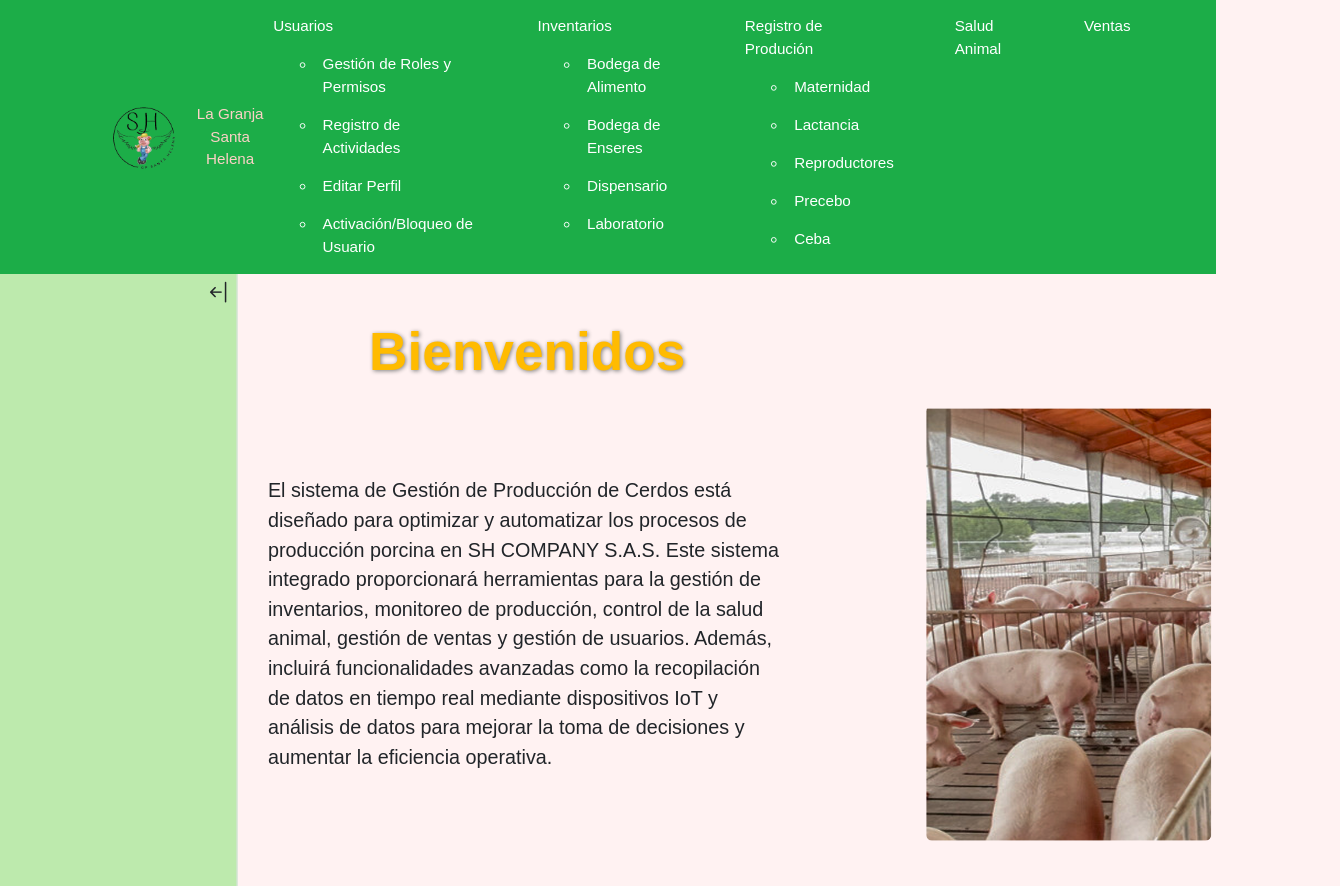
Repository: Mateojimenezz/Granja-Santa-Helena
Page: paginaDeInicio.html
The author's editor kept a copy of each file at every save. The page is drawn from the files as they stood at one save, then again after the next save.
The browser window is 1280 px wide. The page is 1410 px wide, so the pictures cover 1410 px, including what lies to the right of the window. The pictures show the whole page, at 95% of full size.
After loading, the first visible `a.nav-link` was clicked once.
Some web fonts or font styles are not loaded; a fallback is used.

Above is the page before, as saved 2025-03-31 16:49:35.

### paginaDeInicio.html
<!DOCTYPE html>
<html lang="es">
<head>
    <meta charset="UTF-8">
    <meta name="viewport" content="width=device-width, initial-scale=1.0">
    <title>La Granja</title>
    <link href="https://cdn.jsdelivr.net/npm/bootstrap@5.3.3/dist/css/bootstrap.min.css" rel="stylesheet" integrity="sha384-QWTKZyjpPEjISv5WaRU9OFeRpok6YctnYmDr5pNlyT2bRjXh0JMhjY6hW+ALEwIH" crossorigin="anonymous">

    <link rel="stylesheet" href="./assets/css/index.css">
    <link rel="stylesheet" href="./assets/css/paginaDeInicio.css">
    <link rel="stylesheet" href="https://cdn.jsdelivr.net/npm/bootstrap-icons@1.11.3/font/bootstrap-icons.min.css">
    <link href="https://fonts.googleapis.com/css2?family=Calistoga&display=swap" rel="stylesheet">

  </head>
<body>
  <header class="header sticky-top d-flex  align-items-center ">
    <div class="container d-flex  align-items-center justify-content-between ">
      <div class="logo">
        <img  src="./assets/img/logo.png" width="90" alt="Logo">
        <span>La Granja <br> Santa Helena</span>
      </div>
      <nav class="navbar navbar-expand-lg ">
        <button class="navbar-toggler toggler-focus text-white" type="button" data-bs-toggle="collapse" data-bs-target="#menu" aria-controls="menu" aria-expanded="false" aria-label="Toggle navigation">
          <span class="navbar-toggler-icon"></span>
        </button>
        <div class="collapse navbar-collapse" id="menu">
          <ul class="navbar-nav ms-auto    gap-md-3 gap-lg-5">
            <li class="nav-item"><a class="nav-link" href="#" >Usuarios</a>
              <ul class="submenu">
                <li><a class="nav-link" href="#">Gestión de Roles y Permisos</a></li>
                <li><a class="nav-link" href="#">Registro de Actividades</a></li>
                <li><a class="nav-link" href="#">Editar Perfil</a></li>
                <li><a class="nav-link" href="#">Activación/Bloqueo de Usuario</a></li>
              </ul>
            </li>
            <li class="nav-item"><a class="nav-link" href="#">Inventarios</a>
              <ul class="submenu">
                <li><a class="nav-link" href="#">Bodega de Alimento</a></li>
                <li><a class="nav-link" href="#">Bodega de Enseres</a></li>
                <li><a class="nav-link" href="#">Dispensario</a></li>
                <li><a class="nav-link" href="#">Laboratorio</a></li>
              </ul>
            </li>
            <li class="nav-item"><a class="nav-link" href="#">Registro de Produción</a>
              <ul class="submenu">
                <li><a class="nav-link" href="#">Maternidad</a></li>
                <li><a class="nav-link" href="#">Lactancia</a></li>
                <li><a class="nav-link" href="#">Reproductores</a></li>
                <li><a class="nav-link" href="#">Precebo</a></li>
                <li><a class="nav-link" href="#">Ceba</a></li>
              </ul>

            </li>
            <li class="nav-item"><a class="nav-link" href="#">Salud Animal</a></li>
            <li class="nav-item"><a class="nav-link" href="#">Ventas</a></li>
          </ul>
        </div>
        </div>
      </nav>
    </div>
  </header>
  <button id="toggleMenu" class="d-none d-sm-none d-md-block  btn  position-fixed  btn-MenuLateralAbrir ">
    <span><i class="bi bi-arrow-bar-right"></i></span>
  </button>
  <!-- Menú lateral -->
  <div id="sidebar" class=" border-end vh-100 position-fixed start-0 p-3  ">
    <button id="closeMenu" class="btn  mb-1 btn-MenuLateralCerrar">
      <span><i class="bi bi-arrow-bar-left"></i></span>
    </button>
    <ul id="sisidebarMenu"  class="nav flex-column" >

    </ul>
  </div>
  <main class="container">
    <!-- Sección 1 -->
    <section class="row seccion-1">
      <article class="col-12 col-lg-6 d-flex justify-content-center align-items-center mt-5 mb-2">
        <h1 >Bienvenidos</h1>
      </article>
    </section>
    <!-- Sección 2 -->
    <section class="row seccion-2 -gap-10 mt-2">
      <article class="d-flex flex-column align-items-center justify-content-center col-12 col-lg-6 ">
        <p class="text-justify mb-5">
          El sistema de Gestión de Producción de Cerdos está diseñado para optimizar y automatizar
          los procesos de producción porcina en SH COMPANY S.A.S. Este sistema integrado proporcionará herramientas
          para la gestión de inventarios, monitoreo de producción, control de la salud animal, gestión de ventas y gestión de usuarios.
          Además, incluirá funcionalidades avanzadas como la recopilación de datos en tiempo real mediante dispositivos IoT y análisis de datos
          para mejorar la toma de decisiones y aumentar la eficiencia operativa.
        </p>
      </article>
      <!-- Imagen -->
      <article class="col-12 col-lg-6 d-flex justify-content-center align-items-center mb-5 ">
        <img
          src="assets/img/Upload-5a8315b810a15-13022018 1.png"  width="300" height="200"
          class="img-fluid rounded "
          alt="Fotografía de la granja"
        />
      </article>
    </section>
  </main>










  <!-- bootstrap JS -->
  <script src="https://cdn.jsdelivr.net/npm/bootstrap@5.3.3/dist/js/bootstrap.bundle.min.js" integrity="sha384-YvpcrYf0tY3lHB60NNkmXc5s9fDVZLESaAA55NDzOxhy9GkcIdslK1eN7N6jIeHz" crossorigin="anonymous"></script>
  <script src="./assets/js/menu.js"></script>
  <script src="./assets/js/menuLateral.js"></script>
  <script src="./assets/js/submenu.js"></script>
  <script src="./assets/js/submenulateral.js"></script>

</body>

</html>

### assets/css/paginaDeInicio.css
#sidebar {
  display: none;
  transition: all 0.3s ease; /* Animación opcional */
  background-color: var(--color-menu-lateral);
  width: 250px;
}

#sidebar.open {
  display: block;
}
.btn-MenuLateralAbrir{
  margin-top: -5px;
  margin-left: -10px;
  font-size: 30px;
  font-weight: 700;
  border:none;

}

.btn-MenuLateralCerrar{
  margin-top: -20px;
  margin-left: 190px;
  font-size: 25px;
  border:none;
}
.seccion-1 h1{
    font-family: var(--font-principal);
    color:  #FFBB00;
    font-size: 3.5em;
    font-weight: bold;
    text-shadow: gray 1px 2px 5px;

}
.seccion-2{
  font-size: 1.3em;
  font-family: Arial;
}
/* Submenú dentro del menú lateral */
#sisidebarMenu .submenu {
  margin-left: -10px; /* Ajustar margen */
  list-style: none; /* Eliminar viñetas */
}

/* Ocultar los submenús en el encabezado */
.nav-item .submenu {
  display: none;
}

.nav-item.active .submenu {
  display: block; /* Mostrar submenús al hacer clic en pantallas pequeñas */
}

/* Animación para mostrar el menú lateral */
#sidebar {
  transition: all 0.3s ease;
}

#sidebar.open {
  display: block;
}


@media (max-width: 991px) { /* Para pantallas menores a md */
  #sidebar {
    display: none !important; /* Oculta el menú lateral */
  }
  #toggleMenu, #closeMenu {
    display: none !important; /* Oculta los botones asociados */
  }
}
 .submenu {
    display: block; /* Submenús siempre visibles */
  }

  .submenu {
    margin-left: 20px; /* Ajustar posición dentro del menú lateral */
  }
  .nav-item.active .submenu {
    display: block;
  }

### assets/js/submenuLateral.js
document.addEventListener("DOMContentLoaded", function () {
    const menuItems = document.querySelectorAll(".nav-item"); // Ítems principales del menú superior
    const sidebarMenu = document.getElementById("sisidebarMenu"); // Contenedor del menú lateral
    const toggleMenu = document.getElementById("toggleMenu"); // Botón para abrir el menú lateral
    const sidebar = document.getElementById("sidebar"); // Menú lateral completo
    const closeMenu = document.getElementById("closeMenu"); // Botón para cerrar el menú lateral

    function isLargeScreen() {
      return window.innerWidth >= 768; // Define pantallas grandes
    }

    // Función para ocultar todos los submenús del menú lateral
    function clearSidebarMenu() {
      sidebarMenu.innerHTML = ""; // Vacía el contenido del menú lateral
    }

    // Función para mostrar todos los ítems y submenús completos en el menú lateral
    function showAllMenuItems() {
      clearSidebarMenu();

      menuItems.forEach(item => {
        const submenu = item.querySelector(".submenu");
        const link = item.querySelector(".nav-link");

        const sidebarItem = document.createElement("li");
        sidebarItem.classList.add("nav-item");

        // Clonar el enlace principal
        const clonedLink = link.cloneNode(true);
        sidebarItem.appendChild(clonedLink);

        // Clonar el submenú y añadirlo al ítem
        if (submenu) {
          const clonedSubmenu = submenu.cloneNode(true);
          clonedSubmenu.style.display = "block"; // Mostrar submenús completos
          sidebarItem.appendChild(clonedSubmenu);
        }

        sidebarMenu.appendChild(sidebarItem); // Añadir ítem completo al menú lateral
      });
    }

    // Función para mostrar solo el submenú seleccionado
    function showSingleSubmenu(item) {
      clearSidebarMenu();

      const link = item.querySelector(".nav-link");
      const submenu = item.querySelector(".submenu");

      if (submenu) {
        const sidebarItem = document.createElement("li");
        sidebarItem.classList.add("nav-item");

        // Clonar el enlace principal
        const clonedLink = link.cloneNode(true);
        sidebarItem.appendChild(clonedLink);

        // Clonar el submenú y añadirlo al ítem
        const clonedSubmenu = submenu.cloneNode(true);
        clonedSubmenu.style.display = "block"; // Mostrar el submenú específico
        sidebarItem.appendChild(clonedSubmenu);

        sidebarMenu.appendChild(sidebarItem); // Añadir el ítem específico al menú lateral
      }
    }

    // Configuración inicial: mostrar todos los ítems en pantallas grandes
    if (isLargeScreen()) {
      showAllMenuItems();
    }

    // Función para manejar clics en los ítems del header
    menuItems.forEach(item => {
      const link = item.querySelector(".nav-link");
      link.addEventListener("click", function (e) {
        e.preventDefault(); // Evitar comportamiento predeterminado

        if (isLargeScreen()) {
          const isSubmenuVisible = sidebarMenu.innerHTML.includes(link.textContent);

          if (isSubmenuVisible) {
            clearSidebarMenu(); // Si el submenú está visible, limpiar el menú lateral
          } else {
            showSingleSubmenu(item); // Mostrar solo el submenú del ítem seleccionado
          }
        }
      });
    });

    // Función para manejar el botón de abrir el menú lateral
    toggleMenu.addEventListener("click", function () {
      sidebar.style.display = "block";
      showAllMenuItems(); // Mostrar todos los ítems y submenús completos
    });

    // Función para manejar el botón de cerrar el menú lateral
    closeMenu.addEventListener("click", function () {
      sidebar.style.display = "none"; // Ocultar el menú lateral
    });

    // Ajustar dinámicamente al redimensionar la pantalla
    window.addEventListener("resize", function () {
      if (isLargeScreen()) {
        showAllMenuItems(); // Mostrar todos los ítems completos en pantallas grandes
      } else {
        clearSidebarMenu(); // Limpiar el menú lateral en pantallas pequeñas
      }
    });
  });

### assets/css/variables.css
/* variables.css */
:root {
    --color-principal: #1CAD48 ;
    --color-Botones: rgba(255, 187, 0, 0.47);
    --color-texto: white;
    --color-fondo: #f5f5f5;
    --font-principal: 'calistoga','arial';
    --color-fondoDiv: #F8E91C;
    --color-FondoDiv2:#FFF2F2;
    --color-Footter: #D9D9D9;
    --letra-gris: #B0B0B7;
    --color-menu-lateral:#BDEAAD;
  }

Loaded but not shown: assets/js/menuLateral.js (53 lines, source omitted); assets/js/submenu.js (39 lines, source omitted); assets/js/menu.js (22 lines, source omitted); assets/css/index.css (149 lines, source omitted)

After the next save:
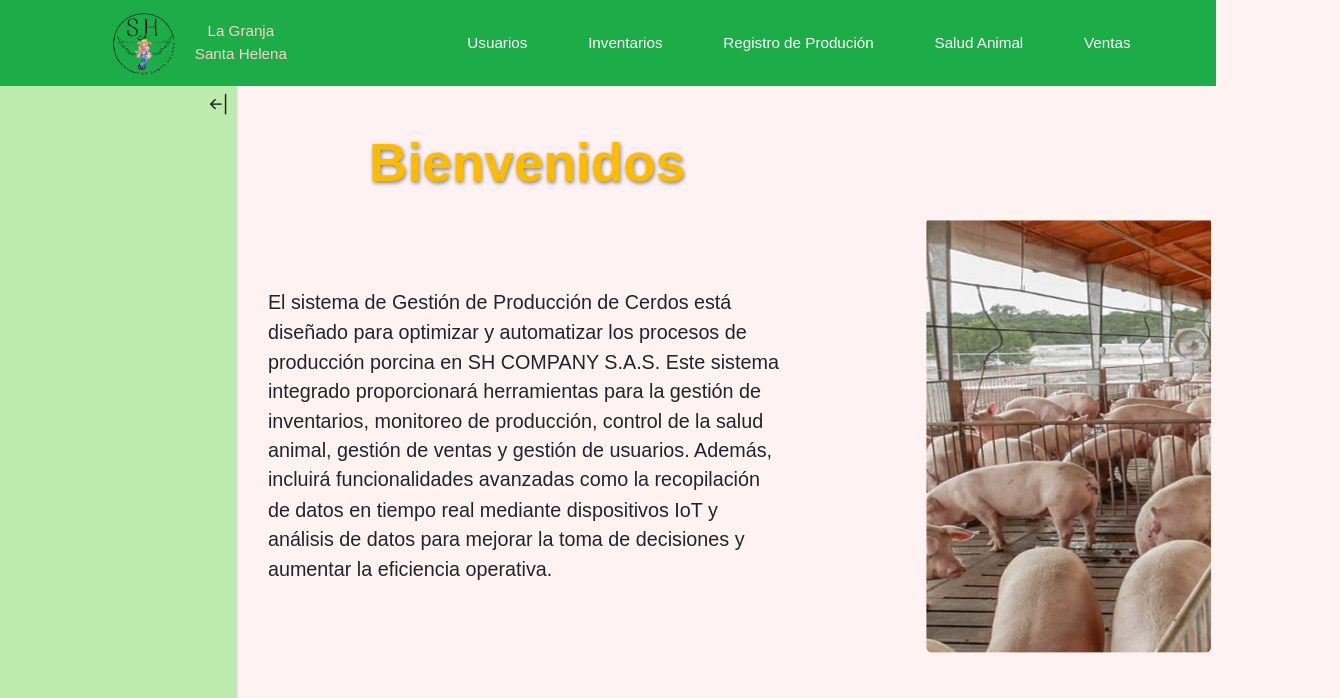
Console error: ReferenceError: clearSidebarMenu is not defined
Saved 3 min 8 s later.
--- a/assets/js/submenuLateral.js
+++ b/assets/js/submenuLateral.js
@@ -9,38 +9,18 @@
       return window.innerWidth >= 768; // Define pantallas grandes
     }
 
-    // Función para ocultar todos los submenús del menú lateral
-    function clearSidebarMenu() {
-      sidebarMenu.innerHTML = ""; // Vacía el contenido del menú lateral
-    }
-
-    // Función para mostrar todos los ítems y submenús completos en el menú lateral
-    function showAllMenuItems() {
-      clearSidebarMenu();
-
+    // Función para ocultar todos los submenús en el header
+    function hideAllHeaderSubmenus() {
       menuItems.forEach(item => {
         const submenu = item.querySelector(".submenu");
-        const link = item.querySelector(".nav-link");
-
-        const sidebarItem = document.createElement("li");
-        sidebarItem.classList.add("nav-item");
-
-        // Clonar el enlace principal
-        const clonedLink = link.cloneNode(true);
-        sidebarItem.appendChild(clonedLink);
-
-        // Clonar el submenú y añadirlo al ítem
         if (submenu) {
-          const clonedSubmenu = submenu.cloneNode(true);
-          clonedSubmenu.style.display = "block"; // Mostrar submenús completos
-          sidebarItem.appendChild(clonedSubmenu);
+          submenu.style.display = "none"; // Oculta el submenú
+          item.classList.remove("active"); // Elimina la clase activa si existe
         }
-
-        sidebarMenu.appendChild(sidebarItem); // Añadir ítem completo al menú lateral
       });
     }
 
-    // Función para mostrar solo el submenú seleccionado
+    // Función para mostrar solo un submenú en el menú lateral
     function showSingleSubmenu(item) {
       clearSidebarMenu();
 
@@ -64,25 +44,15 @@
       }
     }
 
-    // Configuración inicial: mostrar todos los ítems en pantallas grandes
-    if (isLargeScreen()) {
-      showAllMenuItems();
-    }
-
-    // Función para manejar clics en los ítems del header
+    // Manejar clics en los ítems del header
     menuItems.forEach(item => {
       const link = item.querySelector(".nav-link");
       link.addEventListener("click", function (e) {
         e.preventDefault(); // Evitar comportamiento predeterminado
 
         if (isLargeScreen()) {
-          const isSubmenuVisible = sidebarMenu.innerHTML.includes(link.textContent);
-
-          if (isSubmenuVisible) {
-            clearSidebarMenu(); // Si el submenú está visible, limpiar el menú lateral
-          } else {
-            showSingleSubmenu(item); // Mostrar solo el submenú del ítem seleccionado
-          }
+          hideAllHeaderSubmenus(); // Ocultar todos los submenús en el header
+          showSingleSubmenu(item); // Mostrar solo el submenú correspondiente en el menú lateral
         }
       });
     });
@@ -91,6 +61,7 @@
     toggleMenu.addEventListener("click", function () {
       sidebar.style.display = "block";
       showAllMenuItems(); // Mostrar todos los ítems y submenús completos
+      hideAllHeaderSubmenus(); // Asegurarse de que los submenús del header estén ocultos
     });
 
     // Función para manejar el botón de cerrar el menú lateral
@@ -104,6 +75,7 @@
         showAllMenuItems(); // Mostrar todos los ítems completos en pantallas grandes
       } else {
         clearSidebarMenu(); // Limpiar el menú lateral en pantallas pequeñas
+        hideAllHeaderSubmenus(); // Ocultar submenús del header
       }
     });
   });

After the save that followed:
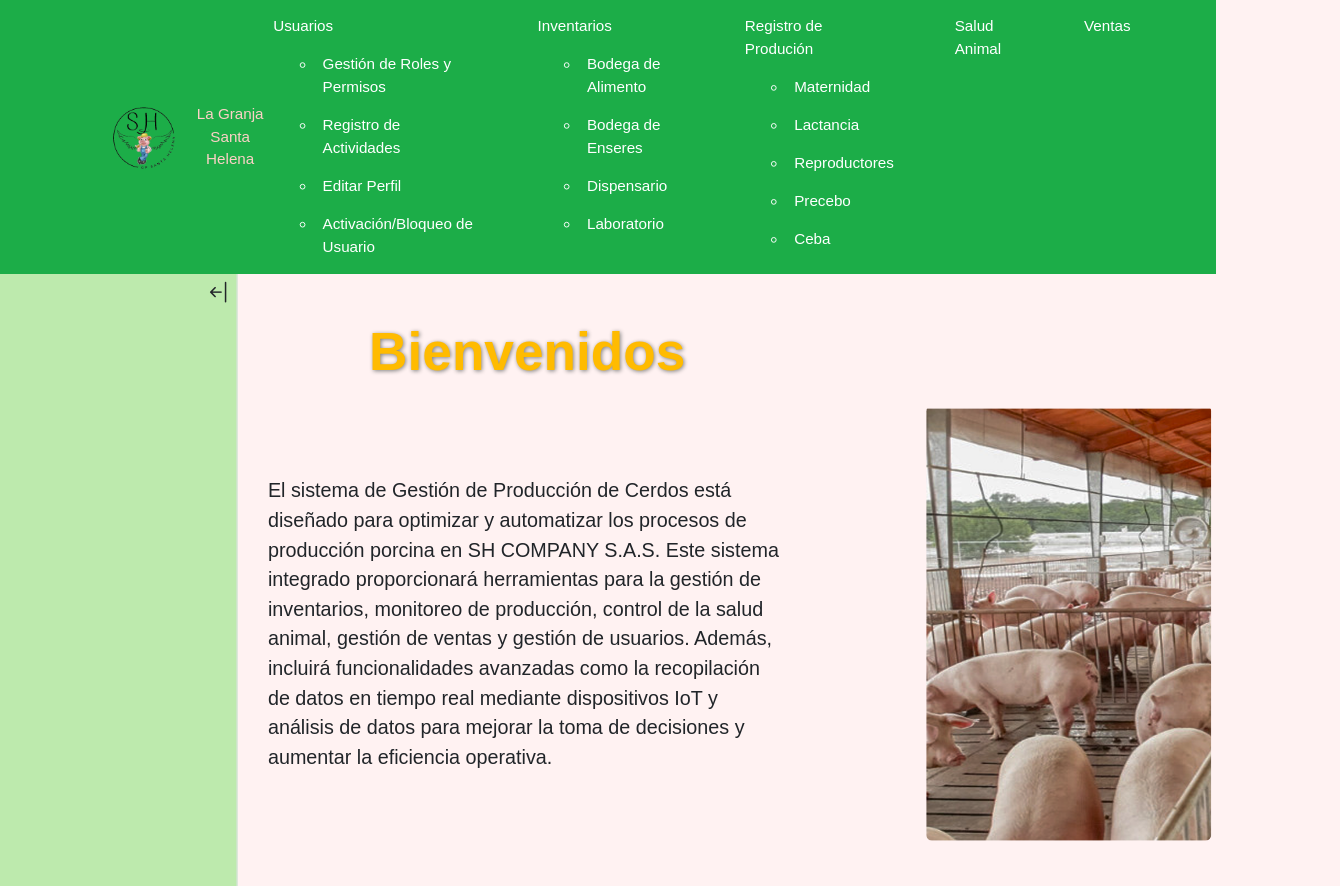
The error is gone.
Saved 118 s later.
--- a/assets/js/submenuLateral.js
+++ b/assets/js/submenuLateral.js
@@ -9,18 +9,38 @@
       return window.innerWidth >= 768; // Define pantallas grandes
     }
 
-    // Función para ocultar todos los submenús en el header
-    function hideAllHeaderSubmenus() {
+    // Función para ocultar todos los submenús del menú lateral
+    function clearSidebarMenu() {
+      sidebarMenu.innerHTML = ""; // Vacía el contenido del menú lateral
+    }
+
+    // Función para mostrar todos los ítems y submenús completos en el menú lateral
+    function showAllMenuItems() {
+      clearSidebarMenu();
+
       menuItems.forEach(item => {
         const submenu = item.querySelector(".submenu");
+        const link = item.querySelector(".nav-link");
+
+        const sidebarItem = document.createElement("li");
+        sidebarItem.classList.add("nav-item");
+
+        // Clonar el enlace principal
+        const clonedLink = link.cloneNode(true);
+        sidebarItem.appendChild(clonedLink);
+
+        // Clonar el submenú y añadirlo al ítem
         if (submenu) {
-          submenu.style.display = "none"; // Oculta el submenú
-          item.classList.remove("active"); // Elimina la clase activa si existe
+          const clonedSubmenu = submenu.cloneNode(true);
+          clonedSubmenu.style.display = "block"; // Mostrar submenús completos
+          sidebarItem.appendChild(clonedSubmenu);
         }
+
+        sidebarMenu.appendChild(sidebarItem); // Añadir ítem completo al menú lateral
       });
     }
 
-    // Función para mostrar solo un submenú en el menú lateral
+    // Función para mostrar solo el submenú seleccionado
     function showSingleSubmenu(item) {
       clearSidebarMenu();
 
@@ -44,15 +64,25 @@
       }
     }
 
-    // Manejar clics en los ítems del header
+    // Configuración inicial: mostrar todos los ítems en pantallas grandes
+    if (isLargeScreen()) {
+      showAllMenuItems();
+    }
+
+    // Función para manejar clics en los ítems del header
     menuItems.forEach(item => {
       const link = item.querySelector(".nav-link");
       link.addEventListener("click", function (e) {
         e.preventDefault(); // Evitar comportamiento predeterminado
 
         if (isLargeScreen()) {
-          hideAllHeaderSubmenus(); // Ocultar todos los submenús en el header
-          showSingleSubmenu(item); // Mostrar solo el submenú correspondiente en el menú lateral
+          const isSubmenuVisible = sidebarMenu.innerHTML.includes(link.textContent);
+
+          if (isSubmenuVisible) {
+            clearSidebarMenu(); // Si el submenú está visible, limpiar el menú lateral
+          } else {
+            showSingleSubmenu(item); // Mostrar solo el submenú del ítem seleccionado
+          }
         }
       });
     });
@@ -61,7 +91,6 @@
     toggleMenu.addEventListener("click", function () {
       sidebar.style.display = "block";
       showAllMenuItems(); // Mostrar todos los ítems y submenús completos
-      hideAllHeaderSubmenus(); // Asegurarse de que los submenús del header estén ocultos
     });
 
     // Función para manejar el botón de cerrar el menú lateral
@@ -75,7 +104,6 @@
         showAllMenuItems(); // Mostrar todos los ítems completos en pantallas grandes
       } else {
         clearSidebarMenu(); // Limpiar el menú lateral en pantallas pequeñas
-        hideAllHeaderSubmenus(); // Ocultar submenús del header
       }
     });
   });
